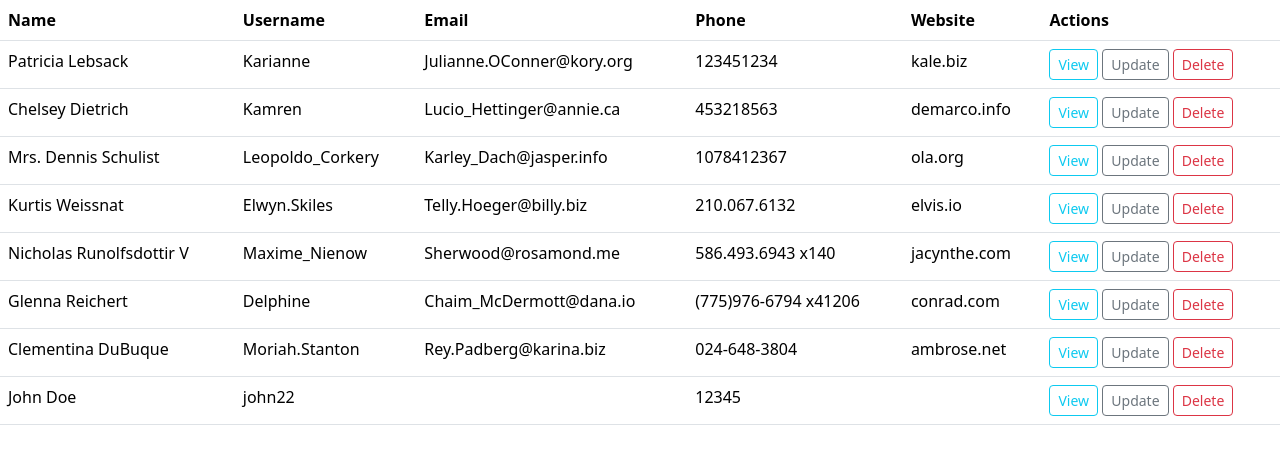
Repository: AyushMahatara/PHP-Simple-CRUD-with-JSON
Page: http://localhost/user/index.php
An editor plug-in stored every save of this project. The page is shown before and after the next save, followed by the edit.
The browser window is 1280 px wide. The pictures show the whole page.
The page is run by PHP 8.4 with error messages shown; the project is at /var/www/html/.

Above is the page before, as saved 2024-03-20 16:27:21.

### user/index.php
<?php
require 'users.php';

$users = getUsers();
include '../partials/header.php';
?>

<table class="table">

    <thead>
        <tr>
            <th>Name</th>
            <th>Username</th>
            <th>Email</th>
            <th>Phone</th>
            <th>Website</th>
            <th>Actions</th>
        </tr>
    </thead>
    <tbody>
        <?php

        foreach ($users as $user) : ?>
            <tr>
                <td>
                    <?php echo $user['name'] ?>
                </td>
                <td>
                    <?php echo $user['username'] ?>
                </td>
                <td>
                    <?php echo $user['email'] ?>
                </td>
                <td>
                    <?php echo $user['phone'] ?>
                </td>
                <td>
                    <?php echo $user['website'] ?>
                </td>
                <td>
                    <a href="view.php?id=<?php echo $user['id'] ?>" class="btn btn-sm btn-outline-info">View</a>
                    <a href="update.php?id=<?php echo $user['id'] ?>" class="btn btn-sm btn-outline-secondary">Update</a>
                    <a href="delete.php?id=<?php echo $user['id'] ?>" class="btn btn-sm btn-outline-danger">Delete</a>
                </td>
            </tr>
        <?php
        endforeach     ?>
    </tbody>

</table>

<?php
include '../partials/footer.php';
?>

### user/users.php
<?php

function getUsers()
{
    return json_decode(file_get_contents('./users.json'), true);

    // echo '<pre>';
    // var_dump($users);
    // echo '<pre>';
}


function getUserById($id)
{
    $users = getUsers();
    foreach ($users as $user) {
        if ($user['id'] == $id) {
            return $user;
        }
    }
    return null;
}


function createUser($data)
{
}


function updateUser($data, $id)
{
}

function deleteUser($id)
{
}

### user/users.json
[
  {
    "id": 4,
    "name": "Patricia Lebsack",
    "username": "Karianne",
    "email": "Julianne.OConner@kory.org",
    "phone": "123451234",
    "website": "kale.biz",
    "extension": "jpg"
  },
  {
    "id": 5,
    "name": "Chelsey Dietrich",
    "username": "Kamren",
    "email": "Lucio_Hettinger@annie.ca",
    "phone": "453218563",
    "website": "demarco.info",
    "extension": "jpg"
  },
  {
    "id": 6,
    "name": "Mrs. Dennis Schulist",
    "username": "Leopoldo_Corkery",
    "email": "Karley_Dach@jasper.info",
    "phone": "1078412367",
    "website": "ola.org",
    "extension": "jpg"
  },
  {
    "id": 7,
    "name": "Kurtis Weissnat",
    "username": "Elwyn.Skiles",
    "email": "Telly.Hoeger@billy.biz",
    "phone": "210.067.6132",
    "website": "elvis.io"
  },
  {
    "id": 8,
    "name": "Nicholas Runolfsdottir V",
    "username": "Maxime_Nienow",
    "email": "Sherwood@rosamond.me",
    "phone": "586.493.6943 x140",
    "website": "jacynthe.com"
  },
  {
    "id": 9,
    "name": "Glenna Reichert",
    "username": "Delphine",
    "email": "Chaim_McDermott@dana.io",
    "phone": "(775)976-6794 x41206",
    "website": "conrad.com"
  },
  {
    "id": 10,
    "name": "Clementina DuBuque",
    "username": "Moriah.Stanton",
    "email": "Rey.Padberg@karina.biz",
    "phone": "024-648-3804",
    "website": "ambrose.net"
  },
  {
    "name": "John Doe",
    "username": "john22",
    "email": "",
    "phone": "12345",
    "website": "",
    "id": 1879571,
    "extension": "jpg"
  }
]

### partials/header.php
<!DOCTYPE html>
<html lang="en">

<head>
    <meta charset="UTF-8">
    <meta name="viewport" content="width=device-width, initial-scale=1.0">
    <link href="https://cdn.jsdelivr.net/npm/bootstrap@5.3.3/dist/css/bootstrap.min.css" rel="stylesheet" integrity="sha384-QWTKZyjpPEjISv5WaRU9OFeRpok6YctnYmDr5pNlyT2bRjXh0JMhjY6hW+ALEwIH" crossorigin="anonymous">
    <title>Document</title>
</head>

<body>

### partials/footer.php
</body>

<script src="https://cdn.jsdelivr.net/npm/bootstrap@5.3.3/dist/js/bootstrap.bundle.min.js" integrity="sha384-YvpcrYf0tY3lHB60NNkmXc5s9fDVZLESaAA55NDzOxhy9GkcIdslK1eN7N6jIeHz" crossorigin="anonymous"></script>


</html>

After the next save:
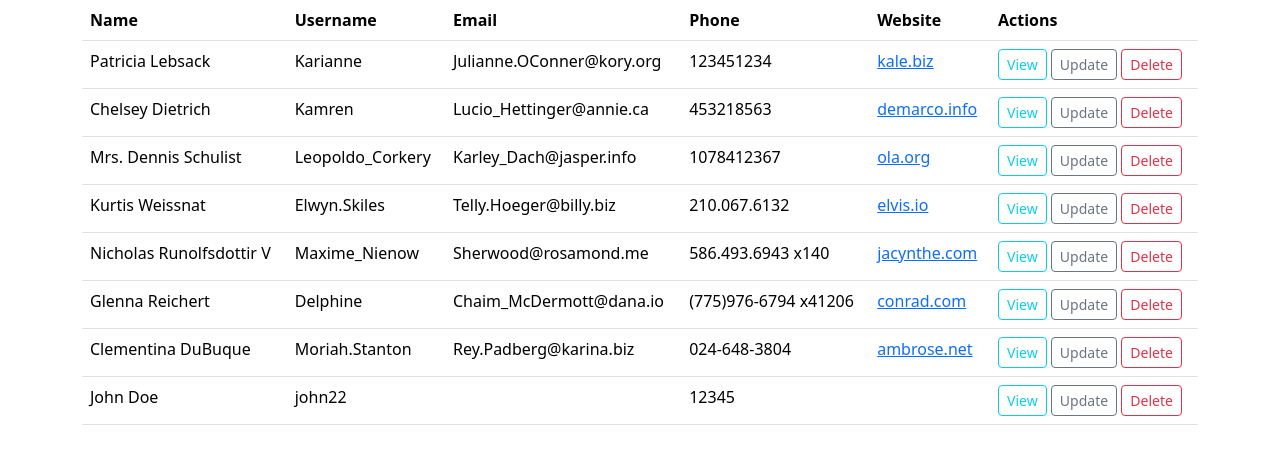
Saved 52 s later.
--- a/user/index.php
+++ b/user/index.php
@@ -5,49 +5,52 @@ $users = getUsers();
 include '../partials/header.php';
 ?>
 
-<table class="table">
+<div class="container">
 
-    <thead>
-        <tr>
-            <th>Name</th>
-            <th>Username</th>
-            <th>Email</th>
-            <th>Phone</th>
-            <th>Website</th>
-            <th>Actions</th>
-        </tr>
-    </thead>
-    <tbody>
-        <?php
+    <table class="table">
 
-        foreach ($users as $user) : ?>
+        <thead>
             <tr>
-                <td>
-                    <?php echo $user['name'] ?>
-                </td>
-                <td>
-                    <?php echo $user['username'] ?>
-                </td>
-                <td>
-                    <?php echo $user['email'] ?>
-                </td>
-                <td>
-                    <?php echo $user['phone'] ?>
-                </td>
-                <td>
-                    <?php echo $user['website'] ?>
-                </td>
-                <td>
-                    <a href="view.php?id=<?php echo $user['id'] ?>" class="btn btn-sm btn-outline-info">View</a>
-                    <a href="update.php?id=<?php echo $user['id'] ?>" class="btn btn-sm btn-outline-secondary">Update</a>
-                    <a href="delete.php?id=<?php echo $user['id'] ?>" class="btn btn-sm btn-outline-danger">Delete</a>
-                </td>
+                <th>Name</th>
+                <th>Username</th>
+                <th>Email</th>
+                <th>Phone</th>
+                <th>Website</th>
+                <th>Actions</th>
             </tr>
-        <?php
-        endforeach     ?>
-    </tbody>
+        </thead>
+        <tbody>
+            <?php
 
-</table>
+            foreach ($users as $user) : ?>
+                <tr>
+                    <td>
+                        <?php echo $user['name'] ?>
+                    </td>
+                    <td>
+                        <?php echo $user['username'] ?>
+                    </td>
+                    <td>
+                        <?php echo $user['email'] ?>
+                    </td>
+                    <td>
+                        <?php echo $user['phone'] ?>
+                    </td>
+                    <td>
+                        <a href=" http<?php echo $user['website'] ?>"> <?php echo $user['website'] ?></a>
+                    </td>
+                    <td>
+                        <a href="view.php?id=<?php echo $user['id'] ?>" class="btn btn-sm btn-outline-info">View</a>
+                        <a href="update.php?id=<?php echo $user['id'] ?>" class="btn btn-sm btn-outline-secondary">Update</a>
+                        <a href="delete.php?id=<?php echo $user['id'] ?>" class="btn btn-sm btn-outline-danger">Delete</a>
+                    </td>
+                </tr>
+            <?php
+            endforeach     ?>
+        </tbody>
+
+    </table>
+</div>
 
 <?php
 include '../partials/footer.php';
